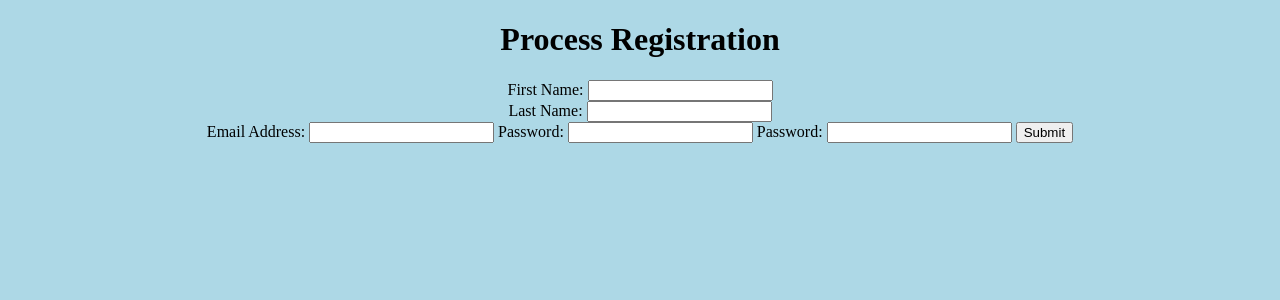
Repository: jedeyejed00/TheGameShaq
Page: http://localhost/ClassWork/ClassAssignment/process_register.php
The author's editor kept a record of every edit. The page is drawn from the files as they stood at one moment, then again after the next edit.
The browser window is 1280 px wide. The pictures show the whole page.
The page is run by PHP 8.4 with error messages shown; the project is at /var/www/html/.

Above is the page before.

After the next edit:
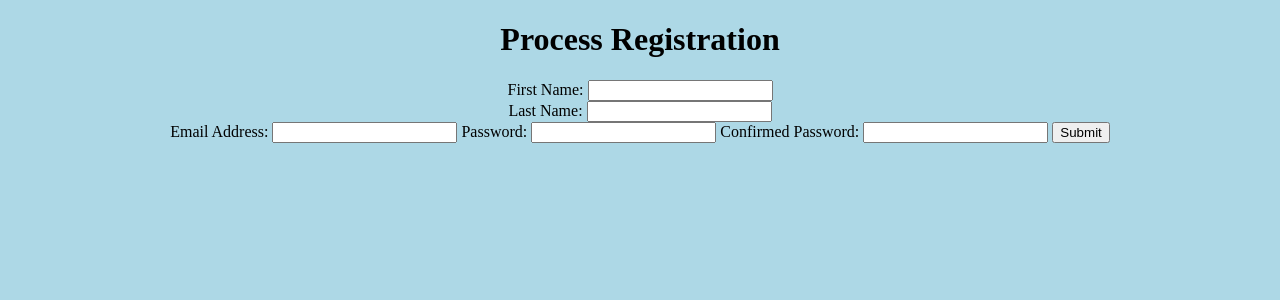
The edit:
--- a/ClassWork/ClassAssignment/process_register.php
+++ b/ClassWork/ClassAssignment/process_register.php
@@ -23,8 +23,8 @@
                     <label for ="password">Password:</label>
                     <input type ="password"= name = "password" id ="password" required>
 
-                    <label for ="password">Password:</label>
-                    <input type ="password"= name = "password" id ="password" required>
+                    <label for ="confpassword">Confirmed Password:</label>
+                    <input type ="password"= name = "confpassword" id ="confpassword" required>
 
                     <button> Submit</button>
 
